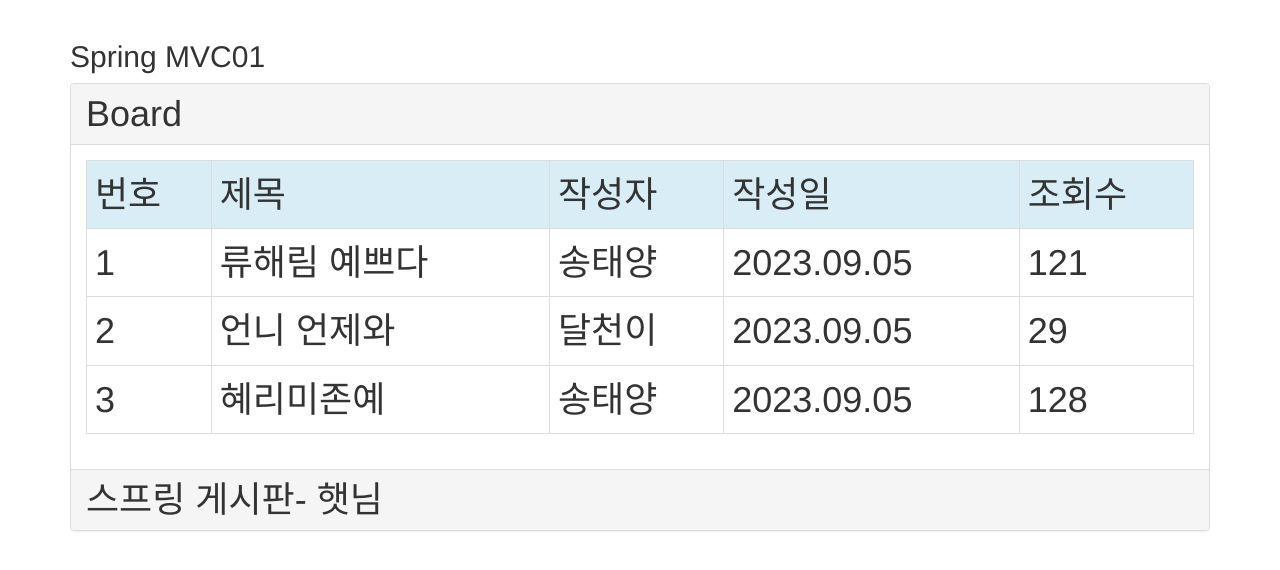
Repository: Hyerim-Ryu/Spring-
Page: http://localhost/SpringMVC01/boardList.do
The author's editor kept a copy of each file at every save. The page is drawn from the files as they stood at one save, then again after the next save.
The browser window is 1280 px wide. The pictures show the whole page.
The page is served by Tomcat 9.

Above is the page before, as saved 2023-09-05 02:13:38.

After the next save:
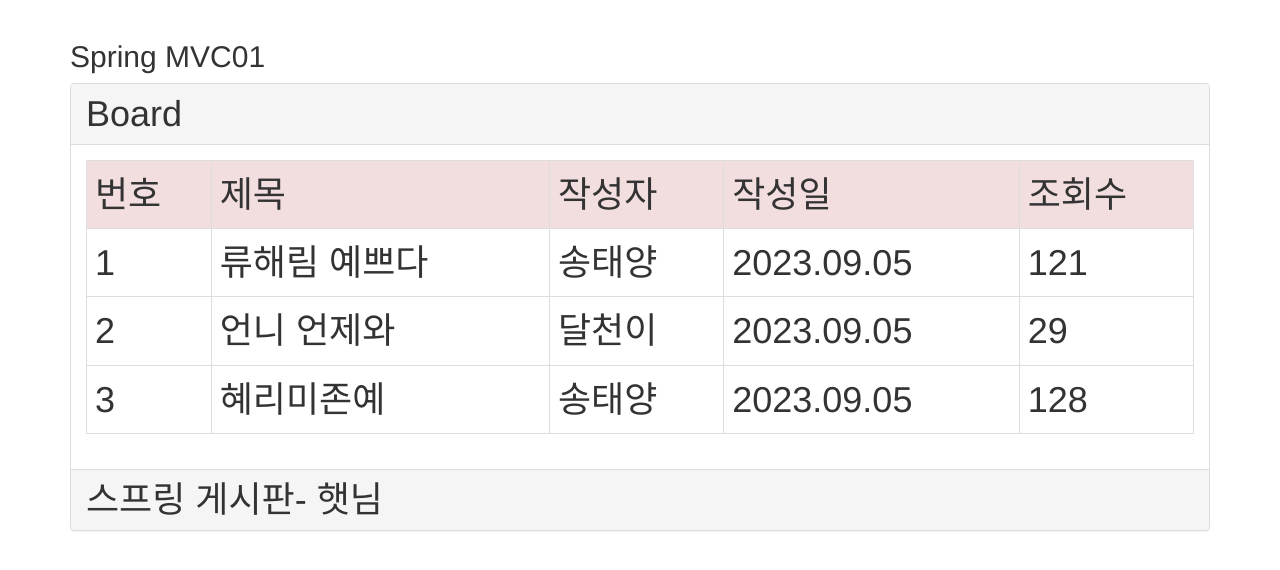
Saved 17 s later.
--- a/workspace.edu/SpringMVC01/src/main/webapp/WEB-INF/views/boardList.jsp
+++ b/workspace.edu/SpringMVC01/src/main/webapp/WEB-INF/views/boardList.jsp
@@ -18,7 +18,7 @@
 			    <div class="panel-heading">Board</div>
 			    <div class="panel-body">
 			    	<table class="table table-bordered table-hover">
-			    		<tr class="info">
+			    		<tr class="danger">
 			    			<td>번호</td>
 			    			<td>제목</td>
 			    			<td>작성자</td>
